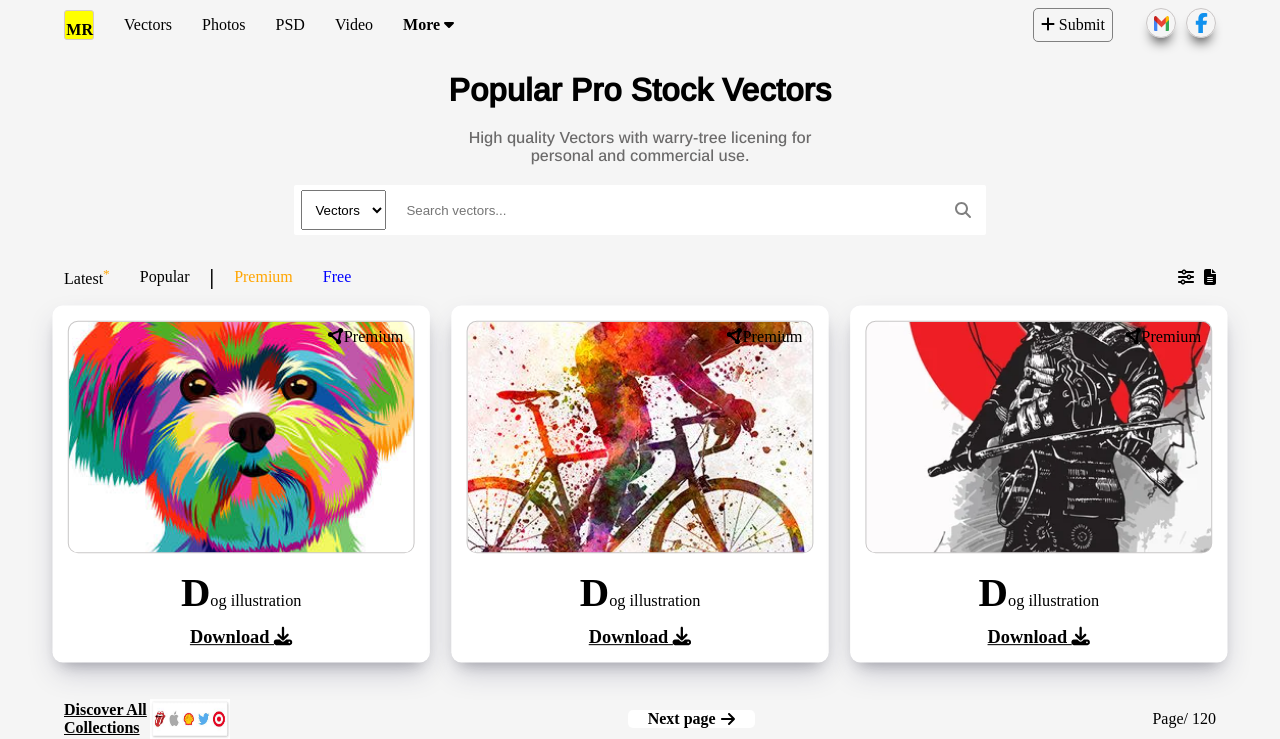
Repository: kegbaDev/VectorTemplate
Page: /
An editor plug-in stored every save of this project. The page is shown before and after a run of saves, followed by the edit.
The browser window is 1280 px wide. The pictures show the whole page.
The pointer rests on the first visible `.card_content`.
The project was rebuilt for these pictures with package versions that can differ from the ones it lists, and the page was loaded fresh each time. Also part of the build but not shown: vite.config.js.

Above is the page before, as saved 2023-04-14 01:24:40.

### index.html
<!DOCTYPE html>
<html lang="en">
  <head>
    <meta charset="UTF-8" />
    <link rel="icon" href="/favicon.ico" />
    <meta name="viewport" content="width=device-width, initial-scale=1.0" />
    <title>Vite App</title>
  </head>
  <body style="background-color: rgb(245, 245, 245)">
    <div id="app"></div>
    <script type="module" src="/src/main.js"></script>
  </body>
</html>

### src/main.js
import { createApp } from 'vue'
import App from './App.vue'

// fontawesome importation
import '@fortawesome/fontawesome-free/css/all.css'
import '@fortawesome/fontawesome-free/js/all.js'

createApp(App).mount('#app')

### src/App.vue
<template>
<div class="wrapper">
  <div class="navbar">
    <div class="left bounce">
      <div class="logo">MR</div>
      <ul>
        <li>Vectors</li>
        <li>Photos</li>
        <li>PSD</li>
        <li>Video</li>
        <li><span class="more" >More</span><i class="fa-solid fa-caret-down"></i></li>
      </ul>
    </div>
    <div class="right">
      <div class="submit">
        <i class="fa-solid fa-plus"></i>
        Submit
      </div>
      <div class="logo_collection">
        <div class="logo_card">
          <img src="./assets/gmail-logo-16.png" alt="google-icon" width="15px" height="15px">
        </div>
        <div class="logo_card">
          <i class="fa-brands fa-facebook-f" style="color: #1191ee; width: 25px;height: 20px;"></i>
        </div>
      </div>
    </div>
  </div>


  <!-- Second component -->


  <div class="text_section">
    <h1 class="title slideInUp">Popular Pro Stock Vectors</h1>
    <p class="paragraph slideInUp">
      High quality Vectors with warry-tree licening for <br>
      personal and commercial use.
    </p>
    <div class="input_card slideInRight">
      <select name="" id="">
        <option value="value1">Vectors</option>
        <option value="value2">Vectors</option>
      </select>
      <input type="text" placeholder="Search vectors... ">
      <i class="fa-solid fa-magnifying-glass" style="color: grey; margin-right: 15px;"></i>
    </div>
  </div>

  <!-- Third component -->

  <div class="row">
    <div class="left-row">
      <ul>
        <li>Latest<sup style="color:orange">*</sup></li>
        <li>Popular</li>
      </ul>
      <span class="pipe">
        |
      </span>
      <ul>
        <li style="color:orange">Premium</li>
        <li style="color:blue">Free</li>
      </ul>
    </div>
    <div class="right-row">
      <i class="fa-solid fa-sliders"></i>
      <i class="fa-solid fa-file-lines"></i>
    </div>
  </div>

  <!-- Fourth component  -->

  <div class="card_content slideInUp">
    <div class="main_card">
      <div class="image_and_text_space">
        <i class="fa-solid fa-circle-nodes"></i>Premium
      </div>
      <p style="margin-bottom: 10px;"><span style="text-transform: uppercase; font-weight: bolder; font-size: 40px;">D</span>og illustration</p>
      <p class="download">Download <i class="fa-solid fa-download"></i></p>
    </div>
    <div class="main_card">
      <div class="image_and_text_space2">
        <i class="fa-solid fa-circle-nodes"></i>Premium
      </div>
      <p style="margin-bottom: 10px;"><span style="text-transform: uppercase; font-weight: bolder; font-size: 40px;">D</span>og illustration</p>
      <p class="download">Download <i class="fa-solid fa-download"></i></p>
    </div>
    <div class="main_card">
      <div class="image_and_text_space3">
        <!-- <img src="./assets/154416(1).svg" width="209px" height="300px" alt=""> -->
        <i class="fa-solid fa-circle-nodes"></i>Premium
      </div>
      <p style="margin-bottom: 10px;"><span style="text-transform: uppercase; font-weight: bolder; font-size: 40px;">D</span>og illustration</p>
      <p class="download">Download <i class="fa-solid fa-download"></i></p>
    </div>
    <!-- <div class="main_card">
      <div class="image_and_text_space">
        Premium
      </div>
      <p>Dog illustration</p>
      <p class="download">Download<i class="fa-solid fa-download"></i></p>
    </div>
    <div class="main_card">
      <div class="image_and_text_space">
        Premium
      </div>
      <p>Dog illustration</p>
      <p class="download">Download<i class="fa-solid fa-download"></i></p>
    </div> -->
  </div>

  <!-- Last component -->
  <div class="last_row">
    <div class="start">
      <div class="part">
        Discover All <br>
        Collections
      </div>
      <img src="./assets/imagesfinal.jpg" alt="" style="width: 80px; height: 40px;">
    </div>
    <div class="between">
      Next page <i class="fa-solid fa-arrow-right"></i>
    </div>
    <div class="end">
      Page/ 120
    </div>
  </div>
</div>




</template>

<script setup>

</script>


<style scoped>
@import url('https://fonts.googleapis.com/css2?family=Arimo:wght@500&display=swap');
.wrapper{
  height: 100vh;
  width: 90vw;
  margin:auto;
}
*{
  padding: 0px;
  margin: 0px;
  box-sizing: border-box;
  /* font-family: 'Arimo', sans-serif; */
}
.left{
  display: flex;
  align-items: center;
}

ul{
  list-style: none;
  display: flex;
  gap: 30px;
  margin-left: 30px;
}
ul li{
  cursor: pointer;
}
.more{
  font-weight: bolder;
  padding-right: 4px;
}
.logo{
  width: 30px;
  height: 30px;
  border: 1px solid rgb(214, 201, 201);
  background-color: yellow;
  font-weight: bolder;
  display: flex;
  justify-content: end;
  align-items: end;
  border-radius: 3px;
  cursor: pointer;
}
.navbar{
  display: flex;
  justify-content: space-between;
}
.right{
  display: flex;
  gap: 3px;
}
.submit{
  border: 1px solid gray;
  padding: 7px;
  margin-right: 30px;
  border-radius: 5px;
  background-color: rgba(234, 233, 233, 0.03);
  cursor: pointer;
  transition: all 400ms ease-in-out;
}
.submit:hover{
  background-color: yellow;
  /* font-weight: bolder; */
  scale: 1.1;
}
.logo_collection{
  display: flex;
  gap: 10px;
}
.logo_card{
  width: 30px;
  height: 30px;
  border: 1px solid black;
  display: flex;
  align-items: center;
  justify-content: center;
  border-radius: 50%;
  border-color: rgb(202, 198, 198);
  -webkit-box-shadow: 0px 10px 13px -7px #000000, -2px -2px 15px 6px rgba(26,17,18,0);
  box-shadow: 0px 10px 13px -7px #000000, -2px -2px 15px 6px rgba(26,17,18,0);
  cursor: pointer;transition: all 300ms ease-in-out;

}
.logo_card:hover{
  -webkit-box-shadow: 0px 10px 13px -7px #000000, -2px -2px 15px 6px rgba(26,17,18,0);
  box-shadow: 0px 10px 13px -7px #000000, -2px -2px 15px 6px rgba(26,17,18,0);
  scale: 1.2;

}

/* Second composant */

.text_section{
  margin: 30px auto;
  text-align: center;
}
.title{
  font-family: 'Arimo', sans-serif;
  margin-bottom: 20px;
}
.paragraph{
  font-family: 'Arimo', sans-serif;
  margin-bottom: 20px;
  color: rgb(107, 106, 106);
}
.input_card{
  width: 60%;
  height: 50px;
  background-color: white;
  margin: auto;
  display: flex;
  align-items: center;
  border-radius: 2px;
}
input{
  width: 100%;
  padding-left: 20px;
  border: none;
}
input, select{
  height: 40px;
}
select{
  padding: 9px;
  margin-left: 7px;
}

/* Third component */
.row{
  display: flex;
  justify-content: space-between;
  margin-bottom: 20px;
}
.left-row ul{
  margin: 0px;
  padding: 0px;
  display: flex;
  align-items: center;
}
.left-row, .right-row{
  display: flex;
  align-items: center;
}
.pipe{
  margin: 0px 20px;
}

.pipe{
  font-weight: bolder;
  font-size: 1.3em;
}
.right-row{
  gap: 10px;
}

/* Fourth component */

.card_content{
  display: flex;
  justify-content: space-between;
}
.card_content:hover{
  scale: 1.02;
}
.main_card{
  min-width: 370px;
  min-height: 350px;
  /* border: 1px solid black; */
  border-radius: 10px;
  background-color: white;
  box-shadow: rgba(50, 50, 93, 0.25) 0px 13px 27px -5px, rgba(0, 0, 0, 0.3) 0px 8px 16px -8px;
  padding-bottom: 25px;
  cursor: pointer;
  transition: all 400ms ease-in-out;
}
.main_card p{
  text-align: center;
}
.download{
  font-weight: bolder;
  text-decoration: underline;
  font-size: large;
}
.image_and_text_space{
  padding-top: 6px;
  padding-right: 10px;
  text-align: end;
  height: 70%;
  width: 92%;
  border: 1px solid rgb(201, 199, 199);
  border-radius: 10px;
  margin: 15px auto;
  background-image: url(./assets/chien_color.jpg);
  background-repeat: no-repeat;
  background-position: center;
}
.image_and_text_space2{
  background-image: url(./assets/velo.jpg) !important;
  padding-top: 6px;
  padding-right: 10px;
  text-align: end;
  height: 70%;
  width: 92%;
  border: 1px solid rgb(201, 199, 199);
  border-radius: 10px;
  margin: 15px auto;
  background-repeat: no-repeat;
  background-position: center;
}
.image_and_text_space3{
  background-image: url(./assets/sa.webp) !important;
  padding-top: 6px;
  padding-right: 10px;
  text-align: end;
  height: 70%;
  width: 92%;
  border: 1px solid rgb(201, 199, 199);
  border-radius: 10px;
  margin: 15px auto;
  background-repeat: no-repeat;
  /* object-fit: contain; */
  background-position: center;
}

/* Animation */

.bounce {
  -webkit-animation-name: bounce;
  animation-name: bounce;
  -webkit-transform-origin: center bottom;
  -ms-transform-origin: center bottom;
  transform-origin: center bottom;
  -webkit-animation-duration: 1s;
  animation-duration: 1s;
  -webkit-animation-fill-mode: both;
  animation-fill-mode: both;
  }
  @-webkit-keyframes bounce {
  0%, 20%, 53%, 80%, 100% {
  -webkit-transition-timing-function: cubic-bezier(0.215, 0.610, 0.355, 1.000);
  transition-timing-function: cubic-bezier(0.215, 0.610, 0.355, 1.000);
  -webkit-transform: translate3d(0,0,0);
  transform: translate3d(0,0,0);
  }
  40%, 43% {
  -webkit-transition-timing-function: cubic-bezier(0.755, 0.050, 0.855, 0.060);
  transition-timing-function: cubic-bezier(0.755, 0.050, 0.855, 0.060);
  -webkit-transform: translate3d(0, -30px, 0);
  transform: translate3d(0, -30px, 0);
  }
  70% {
  -webkit-transition-timing-function: cubic-bezier(0.755, 0.050, 0.855, 0.060);
  transition-timing-function: cubic-bezier(0.755, 0.050, 0.855, 0.060);
  -webkit-transform: translate3d(0, -15px, 0);
  transform: translate3d(0, -15px, 0);
  }
  90% {
  -webkit-transform: translate3d(0,-4px,0);
  transform: translate3d(0,-4px,0);
  }
  }

  @keyframes bounce {
  0%, 20%, 53%, 80%, 100% {
  -webkit-transition-timing-function: cubic-bezier(0.215, 0.610, 0.355, 1.000);
  transition-timing-function: cubic-bezier(0.215, 0.610, 0.355, 1.000);
  -webkit-transform: translate3d(0,0,0);
  transform: translate3d(0,0,0);
  }
  40%, 43% {
  -webkit-transition-timing-function: cubic-bezier(0.755, 0.050, 0.855, 0.060);
  transition-timing-function: cubic-bezier(0.755, 0.050, 0.855, 0.060);
  -webkit-transform: translate3d(0, -30px, 0);
  transform: translate3d(0, -30px, 0);
  }
  70% {
  -webkit-transition-timing-function: cubic-bezier(0.755, 0.050, 0.855, 0.060);
  transition-timing-function: cubic-bezier(0.755, 0.050, 0.855, 0.060);
  -webkit-transform: translate3d(0, -15px, 0);
  transform: translate3d(0, -15px, 0);
  }
  90% { -webkit-transform: translate3d(0,-4px,0); transform: translate3d(0,-4px,0);
  }
}
.slideInUp {
  -webkit-animation-name: slideInUp;
  animation-name: slideInUp;
  -webkit-animation-duration: 1s;
  animation-duration: 1s;
  -webkit-animation-fill-mode: both;
  animation-fill-mode: both;
  }
  @-webkit-keyframes slideInUp {
  0% {
  -webkit-transform: translateY(100%);
  transform: translateY(100%);
  visibility: visible;
  }
  100% {
  -webkit-transform: translateY(0);
  transform: translateY(0);
  }
  }
  @keyframes slideInUp {
  0% {
  -webkit-transform: translateY(100%);
  transform: translateY(100%);
  visibility: visible;
  }
  100% {
  -webkit-transform: translateY(0);
  transform: translateY(0);
  }
}

.slideInRight {
  -webkit-animation-name: slideInRight;
  animation-name: slideInRight;
  -webkit-animation-duration: 1s;
  animation-duration: 1s;
  -webkit-animation-fill-mode: both;
  animation-fill-mode: both;
  }
  @-webkit-keyframes slideInRight {
  0% {
  -webkit-transform: translateX(100%);
  transform: translateX(100%);
  visibility: visible;
  }
  100% {
  -webkit-transform: translateX(0);
  transform: translateX(0);
  }
  }
  @keyframes slideInRight {
  0% {
  -webkit-transform: translateX(100%);
  transform: translateX(100%);
  visibility: visible;
  }
  100% {
  -webkit-transform: translateX(0);
  transform: translateX(0);
  }
  }

.slideInUp {
  -webkit-animation-name: slideInUp;
  animation-name: slideInUp;
  -webkit-animation-duration: 1s;
  animation-duration: 1s;
  -webkit-animation-fill-mode: both;
  animation-fill-mode: both;
  }
  @-webkit-keyframes slideInUp {
  0% {
  -webkit-transform: translateY(100%);
  transform: translateY(100%);
  visibility: visible;
  }
  100% {
  -webkit-transform: translateY(0);
  transform: translateY(0);
  }
  }
  @keyframes slideInUp {
  0% {
  -webkit-transform: translateY(100%);
  transform: translateY(100%);
  visibility: visible;
  }
  100% {
  -webkit-transform: translateY(0);
  transform: translateY(0);
  }
}

/* Animation */

/* last component */

.last_row{
  margin-top: 40px;
  margin-bottom: 40px;
  display: flex;
  justify-content: space-between;
  align-items: center;
}
.between{
  font-weight: bolder;
  padding: 0px 20px;
  background-color: white;
  border-radius: 5px;
  display: flex;
  justify-content: center;
  align-items: center;
  gap: 5px;
}
.start{
  display: flex;
  align-items: center;
  gap: 3px;
  text-decoration: underline;
  font-weight: bold;
}
</style>

After the next 2 saves:
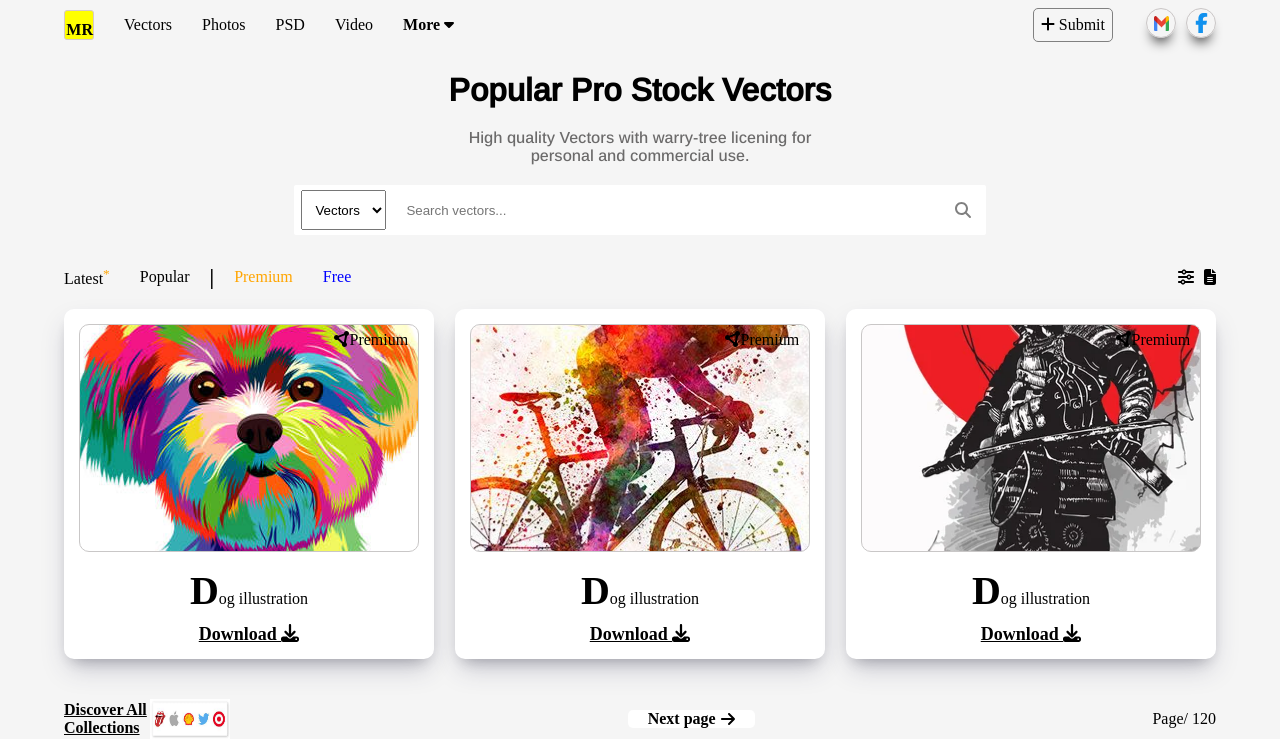
The 2 saves are shown as one change because they came seconds apart.
The last was saved 13 s later.
--- a/src/App.vue
+++ b/src/App.vue
@@ -299,7 +299,7 @@ select{
   display: flex;
   justify-content: space-between;
 }
-.card_content:hover{
+.maon:hover{
   scale: 1.02;
 }
 .main_card{
